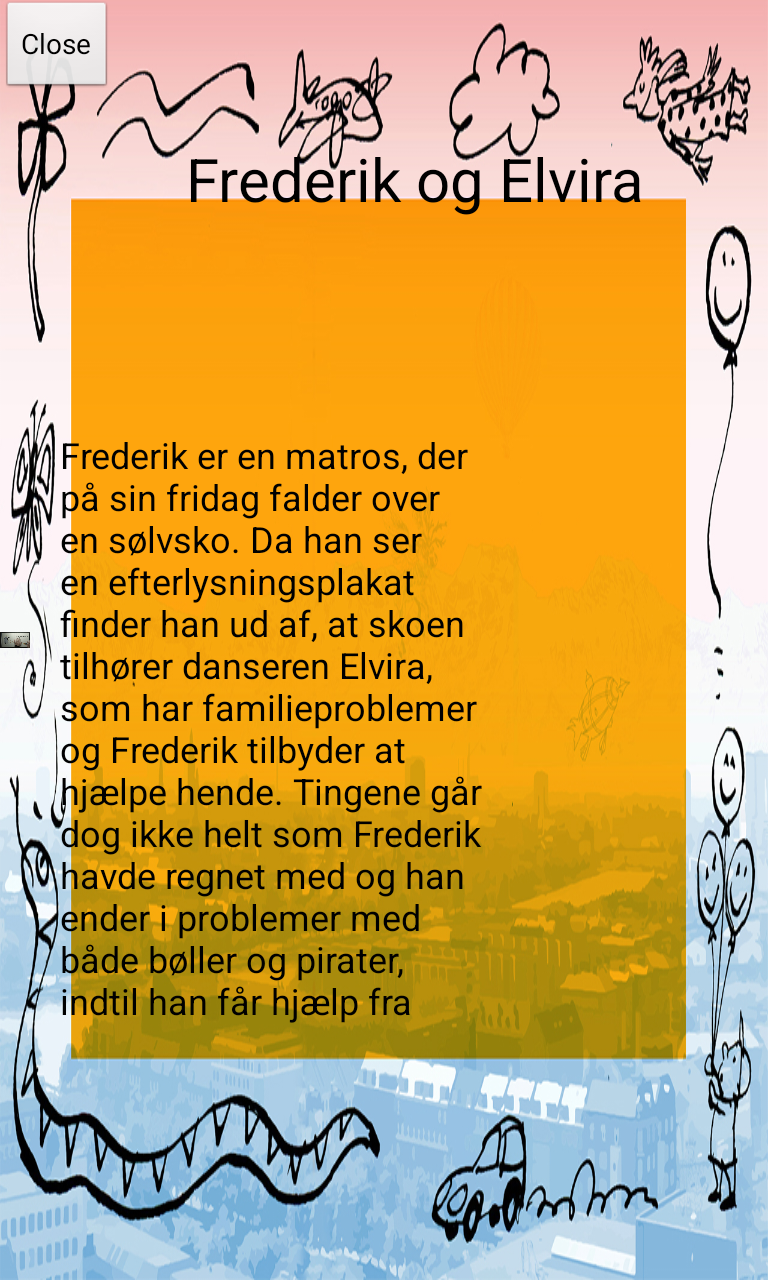
Repository: DreadMuffin/work
Layout: tablets/MovieListHis/res/layout/popup4.xml
These files come from the project's save history. The layout is drawn as it stood at one moment and after the next save; the edit follows.
It is drawn on a 768 x 1280 px phone screen (xhdpi) without system bars, with theme android:Theme.NoTitleBar; the app's code is not run.

Above is the layout before, as saved 2015-02-26 09:05:48.

### tablets/MovieListHis/res/layout/popup4.xml
<RelativeLayout xmlns:android="http://schemas.android.com/apk/res/android"
    xmlns:tools="http://schemas.android.com/tools"
    android:id="@+id/popup_element1"
    android:layout_width="match_parent"
    android:layout_height="match_parent"
    android:background="@drawable/popupwp"
    tools:context=".Historie" >

    <Button
        android:id="@+id/btn_close_popup"
        android:layout_width="wrap_content"
        android:layout_height="wrap_content"
        android:layout_gravity="center"
        android:text="Close" />

    <TextView
        android:id="@+id/textView1"
        android:layout_width="500dp"
        android:layout_height="75dp"
        android:layout_above="@+id/txt"
        android:layout_alignLeft="@+id/txt"
        android:layout_marginBottom="88dp"
        android:gravity="center"
        android:text="Frederik og Elvira"
        android:textColor="#000000"
        android:textSize="30sp" />

    <TextView
        android:id="@+id/txt"
        android:layout_width="500dp"
        android:layout_height="300dp"
        android:layout_alignParentBottom="true"
        android:layout_alignParentRight="true"
        android:layout_marginBottom="125dp"
        android:layout_marginLeft="30dp"
        android:layout_marginRight="143dp"
        android:text="Frederik er en matros, der på sin fridag falder over en sølvsko. Da han ser en efterlysningsplakat finder han ud af, at skoen tilhører danseren Elvira, som har familieproblemer og Frederik tilbyder at hjælpe hende. Tingene går dog ikke helt som Frederik havde regnet med og han ender i problemer med både bøller og pirater, indtil han får hjælp fra en ganske uventet kant.
Historien om Frederik og Elvira er en fortælling om venskab, mod, kærlighed, pirater og eventyr og tager dig med ind i en verden ikke så langt fra vores egen."
        android:textColor="#000000"
        android:textSize="18sp" />

    <ImageView
        android:layout_width="505dp"
        android:layout_height="505dp"
        android:layout_centerVertical="true"
        android:layout_marginRight="15dp"
        android:layout_toLeftOf="@+id/textView1"
        android:src="@drawable/a4" />

</RelativeLayout>

After the next save:
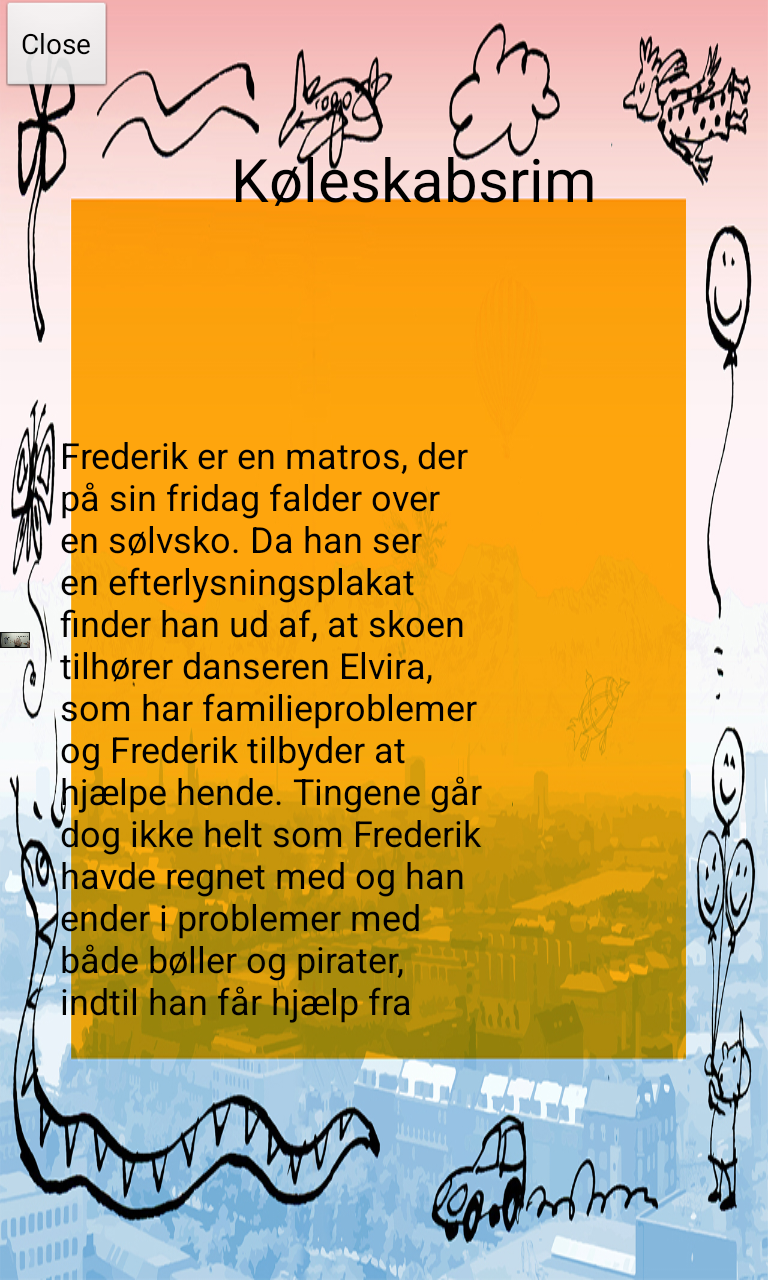
Saved 10 s later.
--- a/tablets/MovieListHis/res/layout/popup4.xml
+++ b/tablets/MovieListHis/res/layout/popup4.xml
@@ -21,7 +21,7 @@
         android:layout_alignLeft="@+id/txt"
         android:layout_marginBottom="88dp"
         android:gravity="center"
-        android:text="Frederik og Elvira"
+        android:text="Køleskabsrim"
         android:textColor="#000000"
         android:textSize="30sp" />
 
